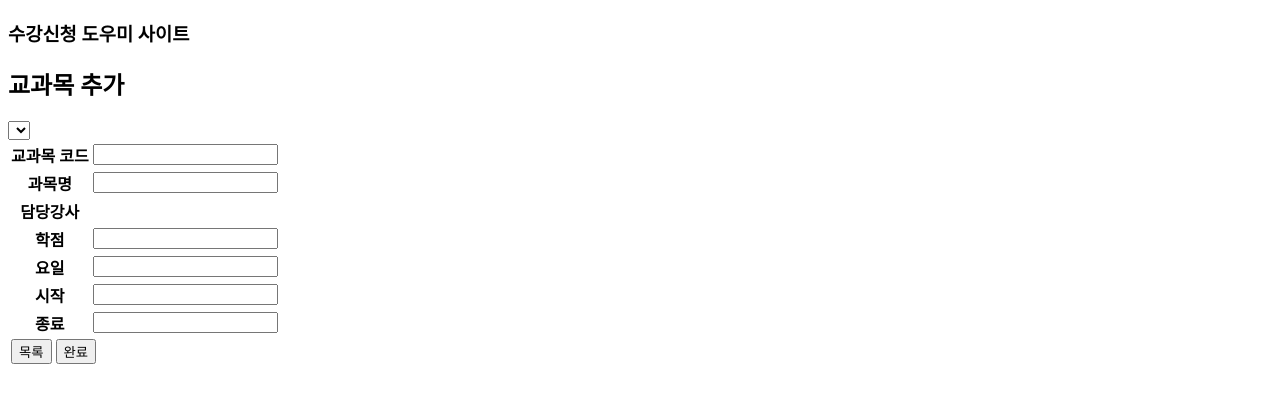
Repository: star-min/jsp_basic
Page: http://localhost/HRD_A02/addCourse.jsp
These files come from the project's save history. The page is drawn as it stood at one moment and after the next save; the edit follows.
The browser window is 1280 px wide. The pictures show the whole page.
The page is served by Tomcat 9. Queries for data that is not in the repository find no rows.

Above is the page before, as saved 2022-08-17 04:50:05.

After the next save:
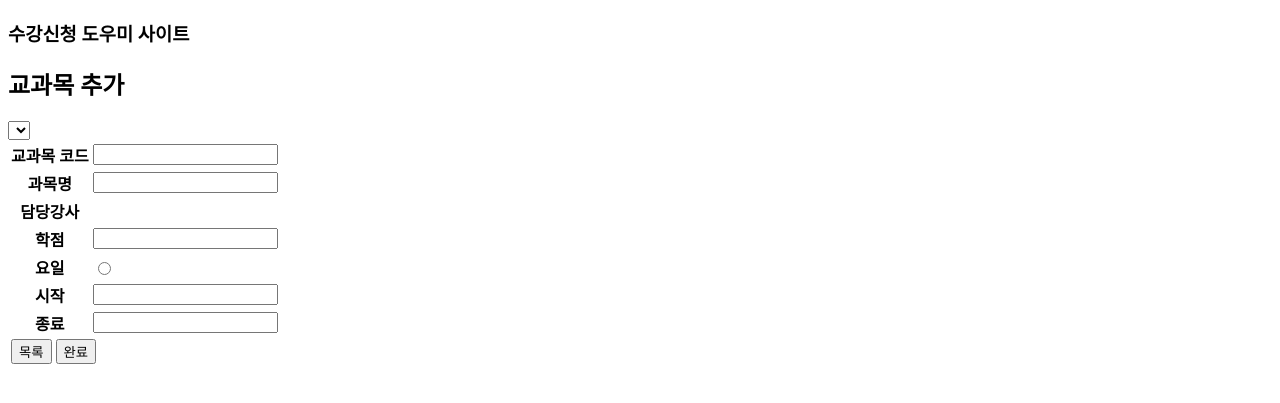
Saved 115 s later.
--- a/hrdkorea/HRD_A02/WebContent/addCourse.jsp
+++ b/hrdkorea/HRD_A02/WebContent/addCourse.jsp
@@ -62,7 +62,7 @@
 				</tr>
 				<tr>
 					<th>요일</th>
-					<td><input type="text" name="week"></td>
+					<td><input type="radio" name="week"></td>
 				</tr>
 				<tr>
 					<th>시작</th>
